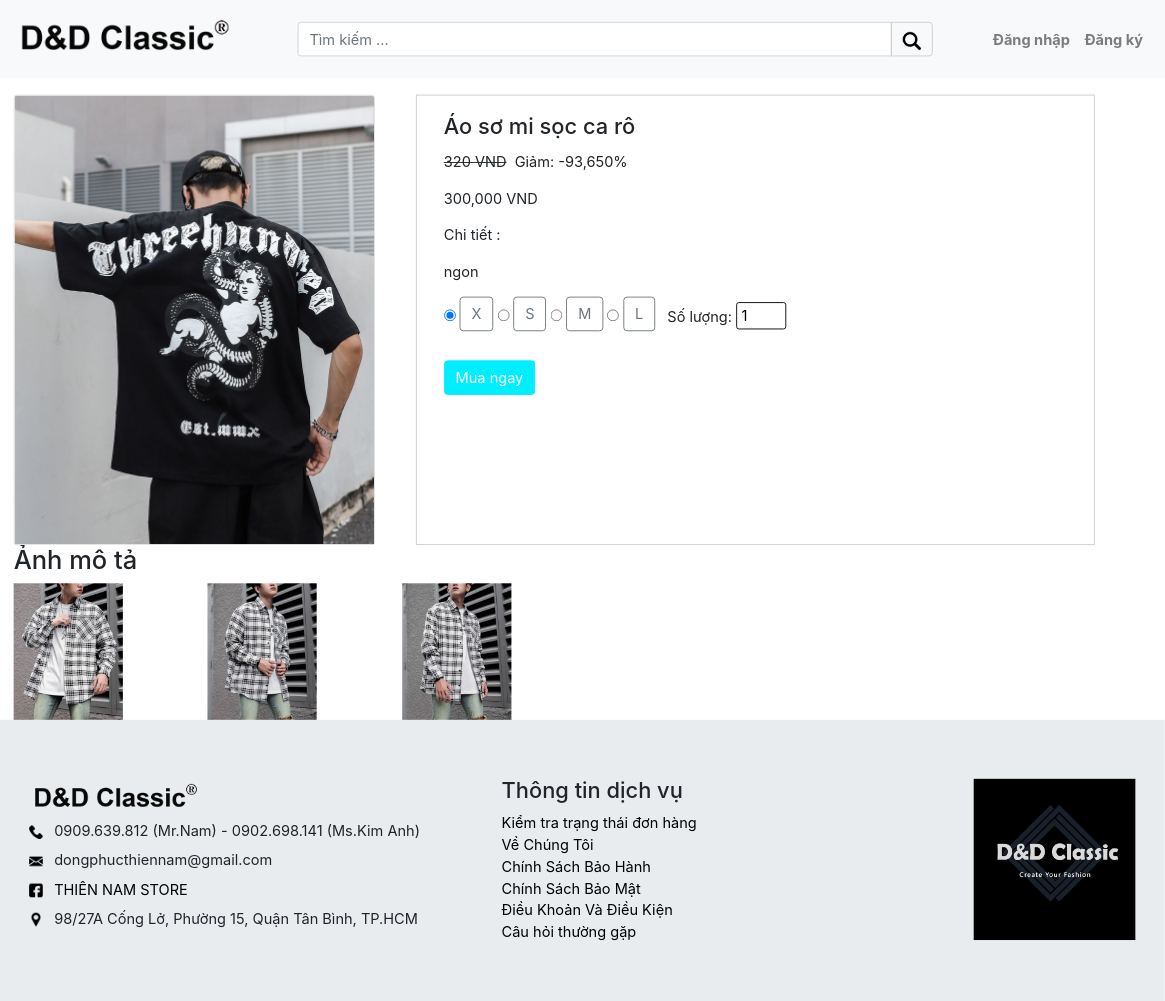
Repository: tungcutte35/D-D_Classic
Page: http://localhost/?pages=chitietsanpham&sanpham=28
These files come from the project's save history. The page is drawn as it stood at one moment and after the next save; the edit follows.
The browser window is 1280 px wide. The pictures show the whole page, at 91% of full size.
The page is run by PHP 8.4 with error messages shown; the project is at /var/www/html/. The database holds what the project's SQL file puts in it.

Above is the page before, as saved 2023-10-25 15:20:54.

After the next save:
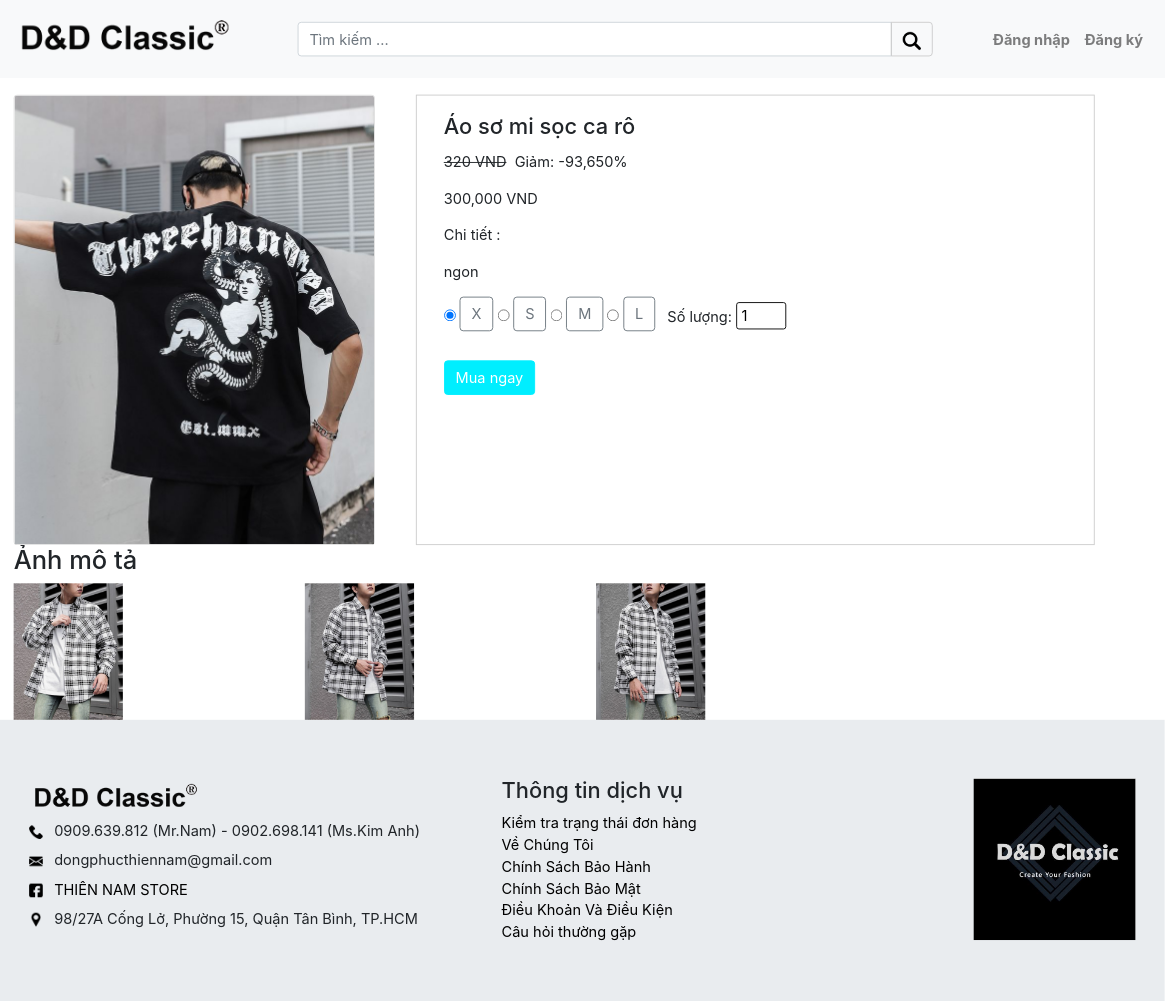
Saved 7 s later.
--- a/include/chitiet.php
+++ b/include/chitiet.php
@@ -155,7 +155,7 @@
         <h3>Ảnh mô tả</h3>
         <div class="row ne">
             <?php foreach ($img_pro as $key => $value) {   ?>
-                <div class="col-sm-2">
+                <div class="col-sm-3">
                     <img src="uploads/<?php echo $value['anh_mota'] ?>" width="120px" alt="">
                 </div>
             <?php } ?>
